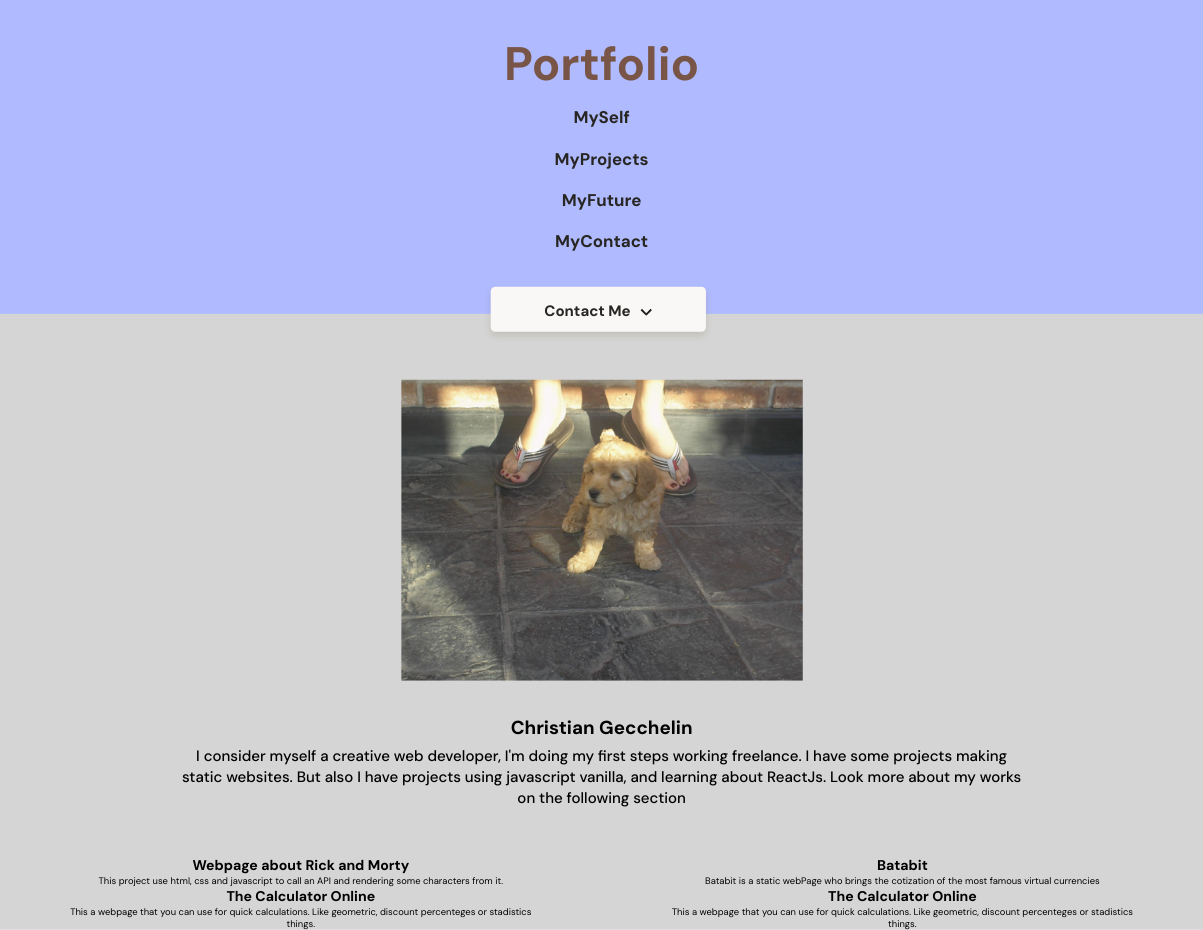
Repository: ChristianGecchelin/PortfolioOnline
Page: index.html
These files come from the project's save history. The page is drawn as it stood at one moment and after the next save; the edit follows.
The browser window is 1280 px wide. The pictures show the whole page, at 94% of full size.

Above is the page before, as saved 2022-01-10 11:05:27.

After the next save:
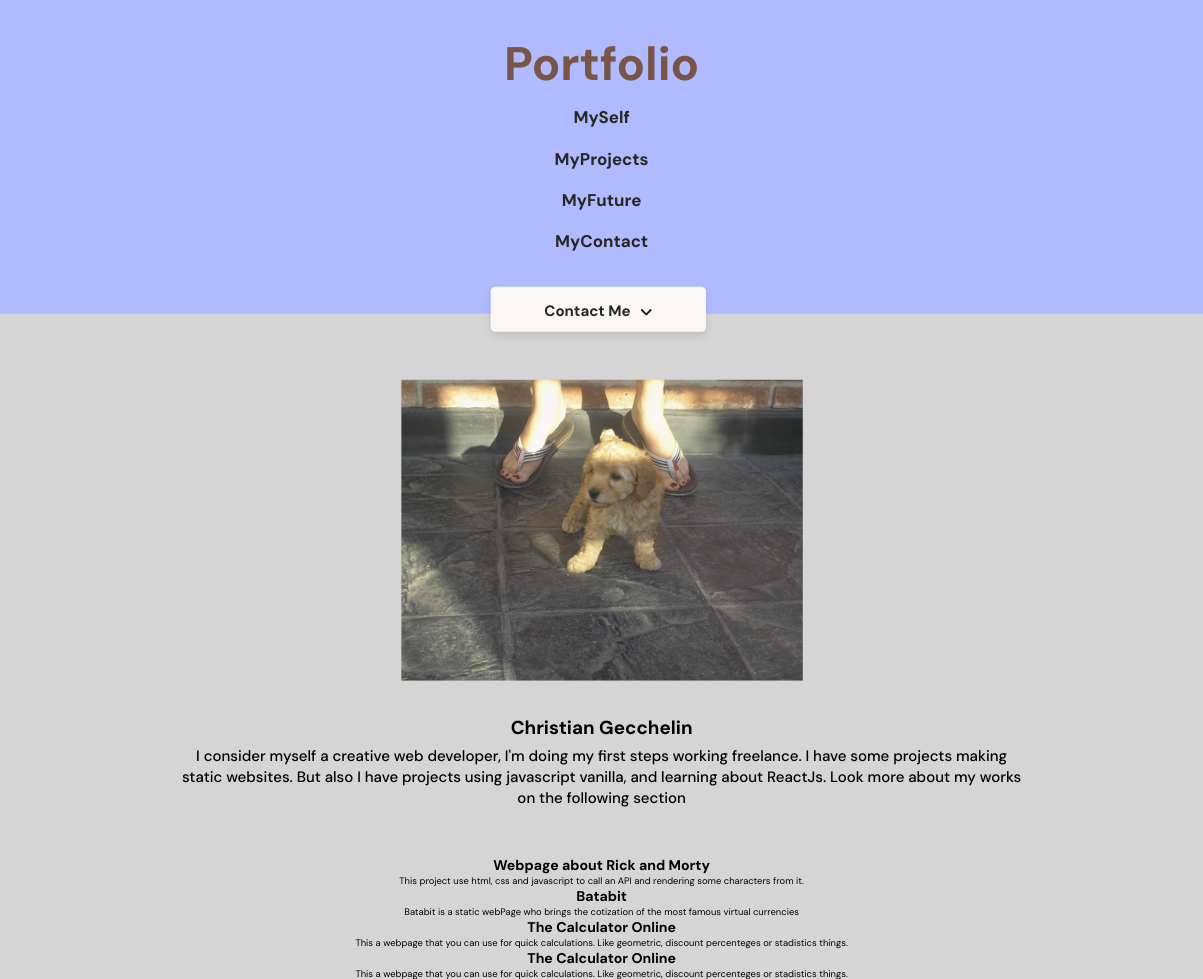
Saved 2 min 12 s later.
--- a/styles/styles.css
+++ b/styles/styles.css
@@ -138,6 +138,6 @@ main .principalContainer-mySelf {
 .principalContainer-myProject .rickAndMortyCharacters,
 .principalContainer-myProject .batabit,
 .principalContainer-myProject .calculatorProject {
-  width: 40%;
+  width: 90%;
   text-align: center;
 }
